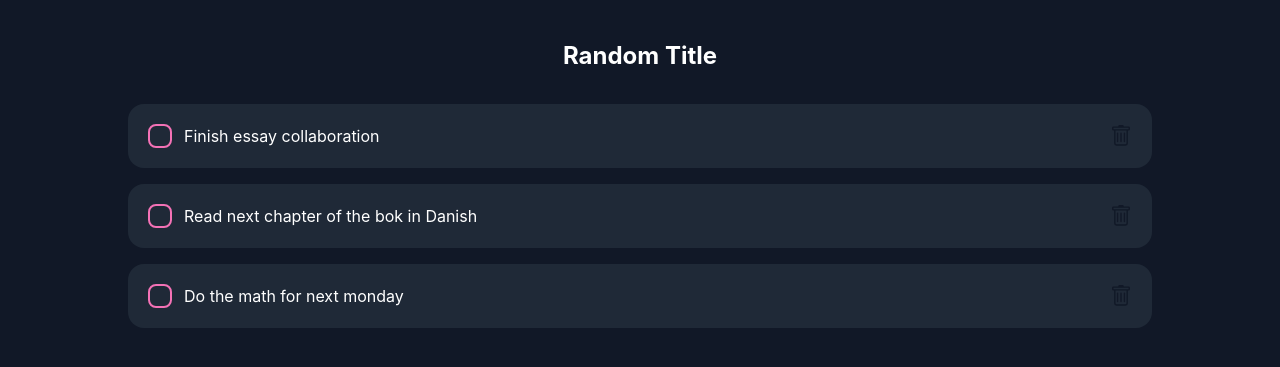
Repository: VachArt/react-exam-work
Page: /
The author's editor kept a copy of each file at every save. The page is drawn from the files as they stood at one save, then again after the next save.
The browser window is 1280 px wide. The pictures show the whole page.
The project was rebuilt for these pictures with package versions that can differ from the ones it lists, and the page was loaded fresh each time.

Above is the page before, as saved 2022-04-27 21:21:22.

### src/index.jsx
import React from 'react'
import ReactDOM from 'react-dom/client'
import './index.css'
import Home from './components/pages/Home/Home'
import Layout from './components/layout/Layout'

const root = ReactDOM.createRoot(document.getElementById('root'));
root.render(
  <React.StrictMode>
    <Layout>
      <Home />
    </Layout>
  </React.StrictMode>
);

### src/components/pages/Home/Home.jsx
import React, { useState } from 'react'
import TodoItem from './item/TodoItem'

const data = [
    {
        _id: "efnejhj",
        title: "Finish essay collaboration",
        isCompleted: false,
    },
    {
        _id: "efnejhrrrr",
        title: "Read next chapter of the bok in Danish",
        isCompleted: false,
    },
    {
        _id: "efnejhj2323",
        title: "Do the math for next monday",
        isCompleted: false,
    }
]

const Home = () => {
    const [todos, setTodos] = useState(data)

    const changeTodo = (id) => {
        const copy = [...todos]
        const current = copy.find(t => t._id === id)
        current.isCompleted = !current.isCompleted
        setTodos(copy)
    }

    const removeTodo = id =>
        setTodos([...todos].filter(t => t.id !== id))

    return (
        <div className='text-white w-4/5 mx-auto'>
            <h1 className='text-2xl font-bold text-center mb-8'>Random Title</h1>
            {todos.map(todo => (
                <TodoItem
                    key={todo._id}
                    todo={todo}
                    changeTodo={changeTodo}
                    removeTodo={removeTodo}
                />
            ))}
        </div>
    )
}

export default Home

### src/components/layout/Layout.jsx
import React from 'react'

const Layout = ({ children }) => {
    return <div className='py-10 bg-gray-900 h-screen'>{children}</div>
}

export default Layout

### src/components/pages/Home/item/TodoItem.jsx
import React from 'react'
import Check from './Check'
import cn from 'classnames'
import {BsTrash} from 'react-icons/bs'

const TodoItem = ({todo, changeTodo}) => {
    return (
        <button className='flex items-center justify-between mb-4 rounded-2xl bg-gray-800 p-5 w-full'
            onClick={() => changeTodo(todo._id)}
        >
            <span className='flex items-center'>
                <Check isCompleted={todo.isCompleted} />
                    <span
                        className={cn({
                            'line-through': todo.isCompleted,
                        })}
                    >
                        {todo.title}
                    </span>
            </span>
            <BsTrash size={22} className='text-gray-900' />
        </button>
    )
}



export default TodoItem

### src/components/pages/Home/item/Check.jsx
import React from 'react'
import {BsCheck} from 'react-icons/bs'
import cn from 'classnames'

const Check = ({isCompleted}) => {
    return (
        <div className={cn(`border-2 rounded-lg border-pink-400 w-6 h-6 mr-3 flex items-center justify-center`,
                {
                    'bg-pink-400': isCompleted,
                }
            )}
        >
            {isCompleted && <BsCheck size={24}
            className='text-gray-900'/>}
        </div>
    )
}

export default Check

Loaded but not shown: public/index.html (common file); src/index.css (common file); tailwind.config.js (common file)

After the next save:
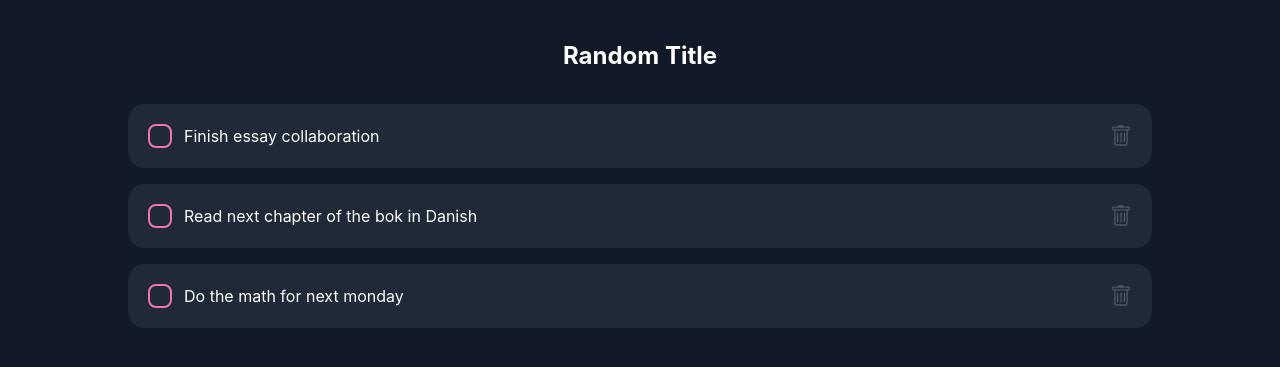
Saved 23 s later.
--- a/src/components/pages/Home/item/TodoItem.jsx
+++ b/src/components/pages/Home/item/TodoItem.jsx
@@ -18,7 +18,7 @@ const TodoItem = ({todo, changeTodo}) => {
                         {todo.title}
                     </span>
             </span>
-            <BsTrash size={22} className='text-gray-900' />
+            <BsTrash size={22} className='text-gray-600' />
         </button>
     )
 }
